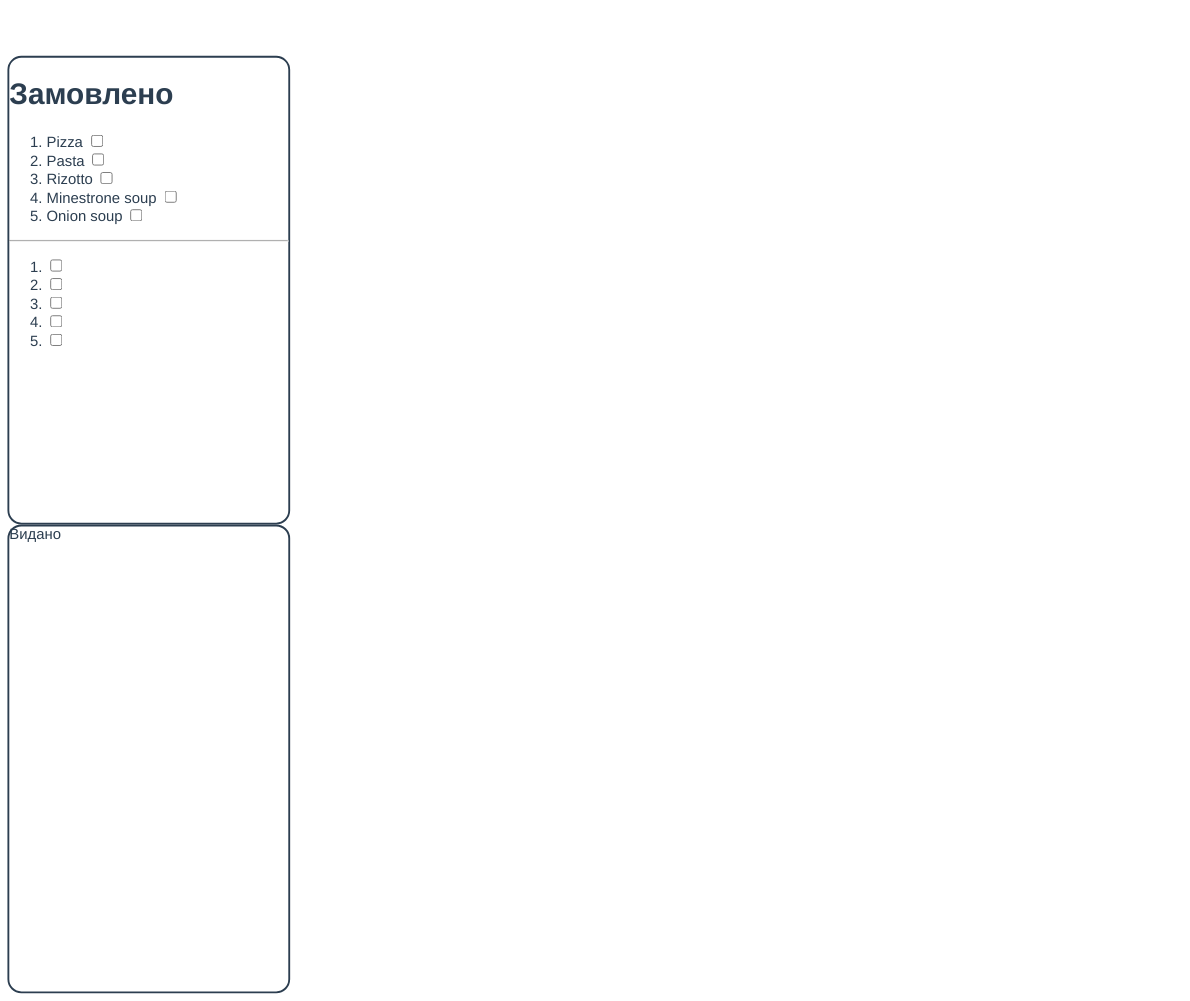
Repository: Salexandraa/HOME_Subotina
Page: / (app in order-list/)
These files come from the project's save history. The page is drawn as it stood at one moment and after the next save; the edit follows.
The browser window is 1280 px wide. The pictures show the whole page, at 93% of full size.
The project was rebuilt for these pictures with package versions that can differ from the ones it lists, and the page was loaded fresh each time.

Above is the page before, as saved 2020-10-09 16:01:49.

### order-list/src/App.vue
<template>
  <div id="app">
  <reserved :listDishes= "dishesList"
  title='Замовлено'
  />
  <order-issued title="Видано"/>
  </div>
</template>

<script>
import Reserved from "./components/CheckList/Reserved";
import dishesList from "../settings"
import OrderIssued from "./components/CheckList/OrderIssued"
export default {
  name: "App",
  components: {
    Reserved,
    OrderIssued
  },
  data() {
    return {
      dishesList
      // dishesList: [
      //   {
      //     id: 1,
      //     name: "Pizza",
      //   },
      //    {
      //     id: 2,
      //     name: "Pasta",
      //   },
      //    {
      //     id:3,
      //     name: "Rizzoto",
      //   },
      //    {
      //     id: 4,
      //     name: "Minestrone soup",
      //   },
      //    {
      //     id:5,
      //     name: "Onion soup",
      //   },
      // ],
    };
  },
};
</script>

<style>
#app {
  font-family: Avenir, Helvetica, Arial, sans-serif;
  -webkit-font-smoothing: antialiased;
  -moz-osx-font-smoothing: grayscale;
  /* text-align: center; */
  color: #2c3e50;
  margin-top: 60px;
}
</style>

### order-list/src/components/CheckList/Reserved/index.vue
<template>
    <div class="container">
<div>
    <h1>{{title}}</h1>
</div>
 <div><ol >
        <li v-for="item in listDishes" :key="item.name" value="item.name"  >
          {{item.name}}  <input type="checkbox"  v-model="item.names"  >
        </li>
    </ol>
</div>
<hr>
<div>
      <ol>
        <li v-for="item in listDishes" :key="item.id" >
           {{item.names}} <input type="checkbox" >
        </li>

    </ol>

</div>
    </div>
</template>

<script>
    export default {
        name: "Reserved",
        props: {
             listDishes: {
                type: Array,
                default: ()=>[]
            },
            title: {
                type: String,
                default: '',

            },
        }
    }
</script>

<style lang="css" scoped>
.container{
    width: 300px;
    height: 500px;
    border: 2px solid;
    border-radius: 15px;
}
</style>

### order-list/settings.js
export default [
    {
      id: 1,
      name: "Pizza",
    },
     {
      id: 2,
      name: "Pasta",
    },
     {
      id:3,
      name: "Rizotto",
    },
     {
      id: 4,
      name: "Minestrone soup",
    },
     {
      id:5,
      name: "Onion soup",
    },
  ]

### order-list/src/components/CheckList/OrderIssued/index.vue
<template>
    <div class="container">
<div>
    {{title}}
</div>
<div>
    <ol>
        <li v-for="item in dishesList" :key="item.name" >
             {{item.name}} <input type="checkbox" v-model="item.names">
        </li>
    </ol>
</div>
    </div>
</template>

<script>

    export default {
        name:"OrderIssued",

        props: {
            title: {
                type: String,
                default: ''
            },


        },

    }
</script>

<style lang="css" scoped>
.container{
    width: 300px;
    height: 500px;
    border: 2px solid;
    border-radius: 15px;
}
</style>

Loaded but not shown: order-list/public/index.html (common file); order-list/src/main.js (common file)

After the next save:
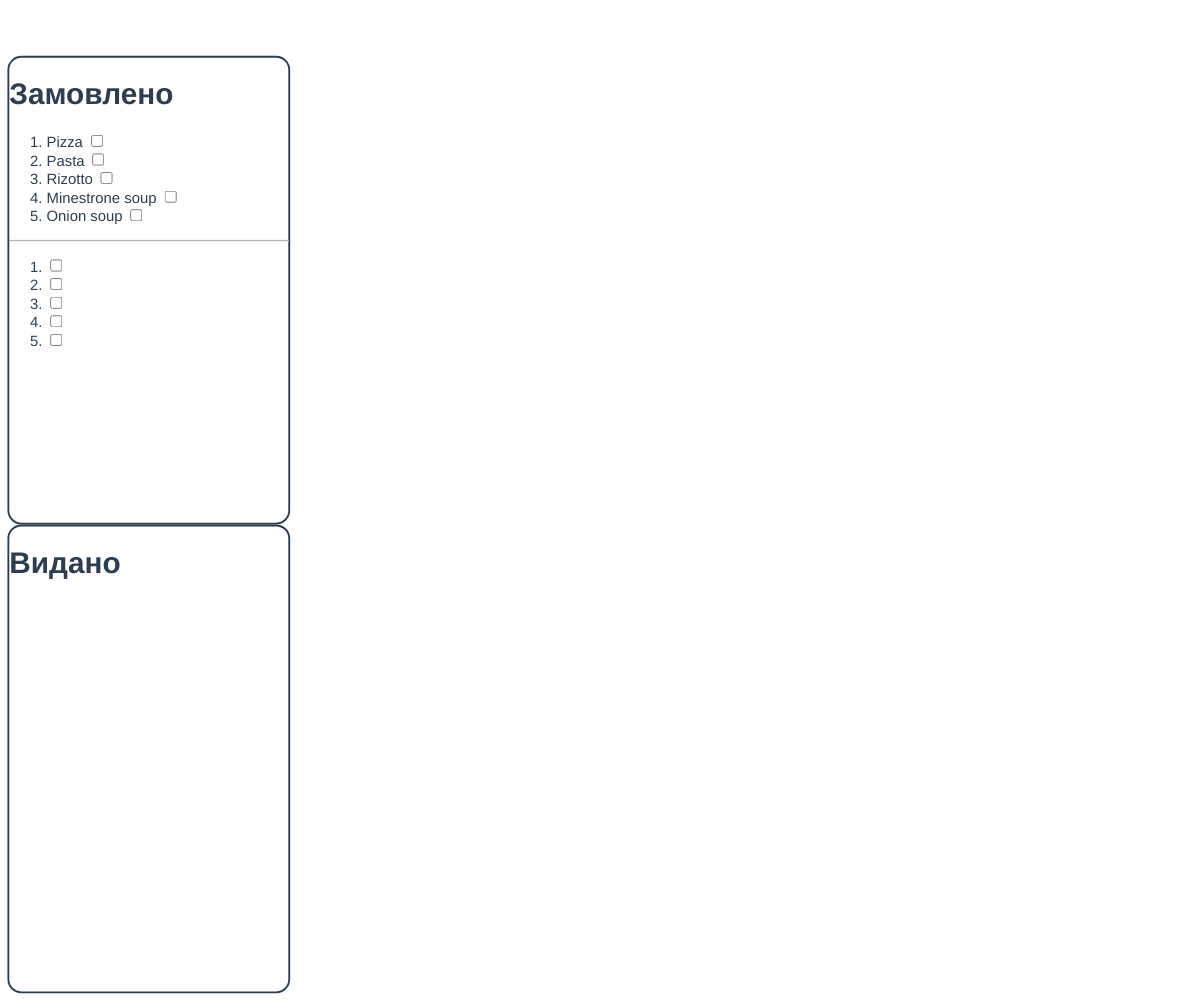
Saved 22 s later.
--- a/order-list/src/components/CheckList/OrderIssued/index.vue
+++ b/order-list/src/components/CheckList/OrderIssued/index.vue
@@ -1,40 +1,36 @@
 <template>
-    <div class="container">
-<div>
-    {{title}}
-</div>
-<div>
-    <ol>
-        <li v-for="item in dishesList" :key="item.name" >
-             {{item.name}} <input type="checkbox" v-model="item.names">
+  <div class="container">
+    <div>
+      <h1>{{ title }}</h1>
+    </div>
+    <div>
+      <ol>
+        <li v-for="item in dishesList" :key="item.name">
+          {{ item.name }} <input type="checkbox" v-model="item.names" />
         </li>
-    </ol>
-</div>
+      </ol>
     </div>
+  </div>
 </template>
 
 <script>
+export default {
+  name: "OrderIssued",
 
-    export default {
-        name:"OrderIssued",
-
-        props: {
-            title: {
-                type: String,
-                default: ''
-            },
-
-
-        },
-
-    }
+  props: {
+    title: {
+      type: String,
+      default: "",
+    },
+  },
+};
 </script>
 
 <style lang="css" scoped>
-.container{
-    width: 300px;
-    height: 500px;
-    border: 2px solid;
-    border-radius: 15px;
+.container {
+  width: 300px;
+  height: 500px;
+  border: 2px solid;
+  border-radius: 15px;
 }
 </style>
